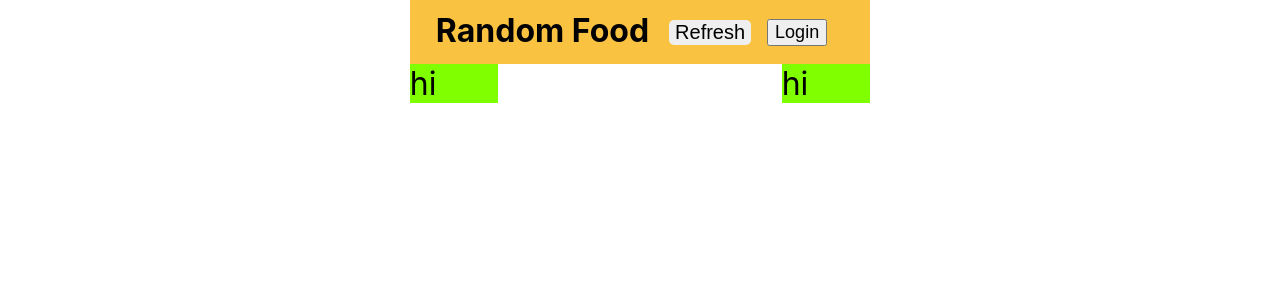
Repository: limjoohyun2030/random-food
Page: /random-food/home
The author's editor kept a copy of each file at every save. The page is drawn from the files as they stood at one save, then again after the next save.
The browser window is 1280 px wide. The pictures show the whole page.
The page's requests for data from a server got no answer. The project was rebuilt for these pictures with package versions that can differ from the ones it lists, and the page was loaded fresh each time. A package was used in the major version that the imports need, not the one package.json lists. No one was signed in, and anything a server would have sent is missing. Also part of the build but not shown: src/components/food_detail/food_detail.module.css, src/components/food_detail/food_detail.jsx, src/components/food_item/food_item.module.css, src/components/food_item/food_item.jsx, src/components/login/login.module.css, src/components/login/login.jsx.

Above is the page before, as saved 2021-11-11 02:24:38.

### public/index.html
<!DOCTYPE html>
<html lang="en">
  <head>
    <meta charset="utf-8" />
    <link rel="icon" href="/images/foodIcon.ico" />
    <meta name="viewport" content="width=device-width, initial-scale=1" />
    <meta name="theme-color" content="#000000" />
    <meta
      name="description"
      content="Web site created using create-react-app"
    />

    <title>Random Food</title>
  </head>
  <body>
    <noscript>You need to enable JavaScript to run this app.</noscript>
    <div id="root"></div>
  </body>
</html>

### src/index.js
import React from "react";
import ReactDOM from "react-dom";
import "./index.css";
import App from "./app";
import AuthService from "./service/auth_service";

const authService = new AuthService();

ReactDOM.render(
  <React.StrictMode>
    <App authService={authService} />
  </React.StrictMode>,
  document.getElementById("root")
);

### src/index.css
body {
  margin: 0;
  padding: 0;
  font-family: -apple-system, BlinkMacSystemFont, "Segoe UI", "Roboto", "Oxygen",
    "Ubuntu", "Cantarell", "Fira Sans", "Droid Sans", "Helvetica Neue",
    sans-serif;
  -webkit-font-smoothing: antialiased;
  -moz-osx-font-smoothing: grayscale;
}

code {
  font-family: source-code-pro, Menlo, Monaco, Consolas, "Courier New",
    monospace;
}

* {
  box-sizing: border-box;
}

#root {
  display: flex;
  justify-content: center;
}

### src/app.jsx
import { useEffect, useState, useRef } from "react";
import { BrowserRouter, Route, Switch } from "react-router-dom";
import styles from "./app.module.css";
import FoodDetail from "./components/food_detail/food_detail";
import FoodList from "./components/food_list/food_list";
import Header from "./components/header/header";
import Login from "./components/login/login";


function App({ authService }) {
  const ref = useRef();
  const [foods, setFoods] = useState([]);
  const [isSelectedFood, setIsSelectedFood] = useState();
  const [isFoodOpen, setIsFoodOpen] = useState(false);
  const [isRefresh, setIsRefresh] = useState(false);

  const selectFood = (food) => {
    setIsSelectedFood(food);
  };

  const onRefreshClick = () => {
    setIsRefresh((oldstate) => !oldstate);
  };

  useEffect(() => {
    const myHeaders = new Headers();
    myHeaders.append("Content-Type", "application/json");

    const requestOptions = {
      method: "GET",
      headers: myHeaders,
      redirect: "follow",
    };

    fetch(
      "https://api.spoonacular.com/recipes/random?number=4&apiKey=92cedfb0b9e844679738e6c6c90cd453",
      requestOptions
    )
      .then((response) => response.json())
      .then((result) => setFoods(result.recipes))
      .catch((error) => console.log("error", error));
  }, [isRefresh]);

  useEffect(() => {
    const checkIfClickedOutside = (e) => {
      if (isFoodOpen && ref.current && !ref.current.contains(e.target)) {
        setIsFoodOpen(false);
      }
    };

    document.addEventListener("mousedown", checkIfClickedOutside);

    return () => {
      document.removeEventListener("mousedown", checkIfClickedOutside);
    };
  }, [isFoodOpen]);

  return (
    <div className={styles.app}>
      <BrowserRouter>
        <Switch>
          <Route
            exact
            path="/random-food/"
            render={() => <Login authService={authService} />}
          />

          <Route
            path="/random-food/home"
            render={() => (
              <div>
                <Header onRefreshClick={onRefreshClick} />
                <section>
                  <div className={styles.detail}>
                    {isFoodOpen && <FoodDetail food={isSelectedFood} />}
                  </div>

                  <div
                    className={styles.list}
                    onClick={() => setIsFoodOpen((oldstate) => !oldstate)}
                  >
                    <FoodList
                      foods={foods}
                      onFoodClick={selectFood}
                      ref={ref}
                    />
                  </div>
                </section>
              </div>
            )}
          />
          <Route path="*">
            <h2>Page Not Found</h2>
          </Route>
        </Switch>
      </BrowserRouter>
    </div>
  );
}

export default App;

### src/service/auth_service.js
import firebase from "firebase";
import firebaseApp from "./firebase";

class AuthService {
  login() {
    const authProvider = new firebase.auth.GoogleAuthProvider();
    return firebaseApp.auth().signInWithPopup(authProvider);
  }
}

export default AuthService;

### src/app.module.css
/* @value makerLightOrange from './common/colors.css'; */

.app {
  max-width: 100rem;
  /* background-image: url("https://image.freepik.com/free-photo/spaghetti-with-spicy-mixed-seafood-dark-background_1150-45297.jpg"); */
  background-repeat: no-repeat;
  background-size: 100vw 100vh;
}

.content {
  position: relative;
}

.detail {
  z-index: 2;
  /* margin: auto 0; */
  margin-top: 5px;
  height: 520px;
  width: auto;
  position: absolute;
  background-color: #dfe08e;
}

.list {
  /* visibility: hidden; */
  z-index: 1;
}

### src/components/food_list/food_list.jsx
import React from "react";
import FoodItem from "../food_item/food_item";
import styles from "./food_list.module.css";

const FoodList = React.forwardRef(({ foods, onFoodClick }, ref) => {
  return (
    <section className={styles.foodBox}>
      <div className={styles.sidebarLeft}>hi</div>
      <ul className={styles.foods}>
        {foods &&
          foods.map((food) => (
            <FoodItem
              key={food.id}
              food={food}
              onFoodClick={onFoodClick}
              ref={ref}
            />
          ))}
      </ul>
      <div className={styles.sidebarRight}>hi</div>
    </section>
  );
});

export default FoodList;

### src/components/header/header.jsx
import styles from "./header.module.css";
import React from "react";

const Header = ({ onRefreshClick }) => {
  return (
    <header className={styles.header}>
      <div className={styles.leftbox}>
        {/* <img
          className={styles.foodIcon}
          src="https://github.com/Sweetpotatopizza/random-food/blob/main/public/images/reloadIcon.png"
          alt="logo"
        /> */}
        <h1 className={styles.title}>Random Food</h1>
        <button className={styles.reloadBox} onClick={onRefreshClick}>
          Refresh
          {/* <img
            className={styles.reloadBtn}
            src="/images/reload.png"
            alt="reload"
          /> */}
        </button>
      </div>
      {/* fontawesome needed */}
      <div className={styles.rightbox}>
        {/* <button className={styles.like}>Like</button> */}
        <button className={styles.login}>Login</button>
      </div>
    </header>
  );
};

export default Header;

### src/service/firebase.js
// Import the functions you need from the SDKs you need
// import { initializeApp } from "firebase/app";
import firebase from "firebase";

// TODO: Add SDKs for Firebase products that you want to use
// https://firebase.google.com/docs/web/setup#available-libraries

// Your web app's Firebase configuration
// For Firebase JS SDK v7.20.0 and later, measurementId is optional
const firebaseConfig = {
  apiKey: process.env.REACT_APP_FIREBASE_API_KEY,
  authDomain: process.env.REACT_APP_FIREBASE_AUTH_DOMAIN,
  databaseURL: process.env.REACT_APP_FIREBASE_DB_URL,
  projectId: process.env.REACT_APP_FIREBASE_PROJECT_ID,
  appId: process.env.REACT_APP_FIREBASE_APP_ID,
};

// console.log(process.env.REACT_APP_FIREBASE_API_KEY);
// Initialize Firebase
const firebaseApp = firebase.initializeApp(firebaseConfig);
export default firebaseApp;

### src/components/food_list/food_list.module.css
.foodBox {
  display: flex;
}

.foods {
  display: flex;
  flex-wrap: wrap;
  list-style: none;
  justify-content: center;
  align-items: center;
  width: 80%;
  margin: 1em auto;
  padding: 0;
}

.sidebarLeft {
  background-color: chartreuse;
  font-size: 2em;
  width: 25%;
}

.sidebarRight {
  background-color: chartreuse;
  font-size: 2em;
  width: 25%;
}

@media screen and (max-width: 769px) {
  .foods {
    flex-direction: column;
    flex-wrap: nowrap;
    width: 100%;
  }
}

### src/components/header/header.module.css
/* @value makerOrange from '../../common/colors.css'; */

.header {
  display: flex;
  height: 4rem;
  padding: 0.8em 1em;
  background-color: #fac241;
  align-items: center;
  justify-content: space-between;
}

.leftbox {
  display: flex;
  align-items: center;
  margin-right: 1em;
}

.title {
  margin-top: 19px;
  margin-left: 10px;
}

.foodIcon {
  width: 50px;
  height: 50px;
}

.reloadBox {
  font-size: 20px;
  border-radius: 5px;
  border: none;
  margin-left: 1em;
  transition: transform 200ms ease-in-out;
}

.reloadBox:hover {
  cursor: pointer;
  transform: scale(1.07);
}

.reloadBtn {
  width: 40px;
  height: 40px;
}

.reloadBtn:hover {
  cursor: pointer;
  animation-name: spin;
  animation-duration: 2000ms;
  animation-iteration-count: infinite;
  animation-timing-function: linear;
}

@keyframes spin {
  from {
    transform: rotate(0deg);
  }
  to {
    transform: rotate(360deg);
  }
}

.like {
  margin-right: 1.5em;
  font-size: large;
  cursor: pointer;
  transition: transform 200ms ease-in-out;
}

.like:hover {
  transform: scale(1.07);
}

.login {
  margin-right: 1.5em;
  font-size: large;
  cursor: pointer;
  transition: transform 200ms ease-in-out;
}

.login:hover {
  transform: scale(1.07);
}

After the next save:
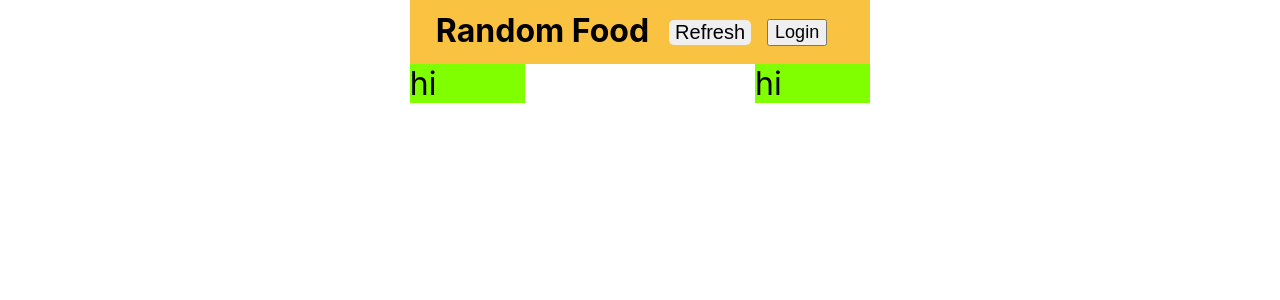
Saved 8 s later.
--- a/src/components/food_list/food_list.module.css
+++ b/src/components/food_list/food_list.module.css
@@ -16,13 +16,13 @@
 .sidebarLeft {
   background-color: chartreuse;
   font-size: 2em;
-  width: 25%;
+  width: 40%;
 }
 
 .sidebarRight {
   background-color: chartreuse;
   font-size: 2em;
-  width: 25%;
+  width: 40%;
 }
 
 @media screen and (max-width: 769px) {
